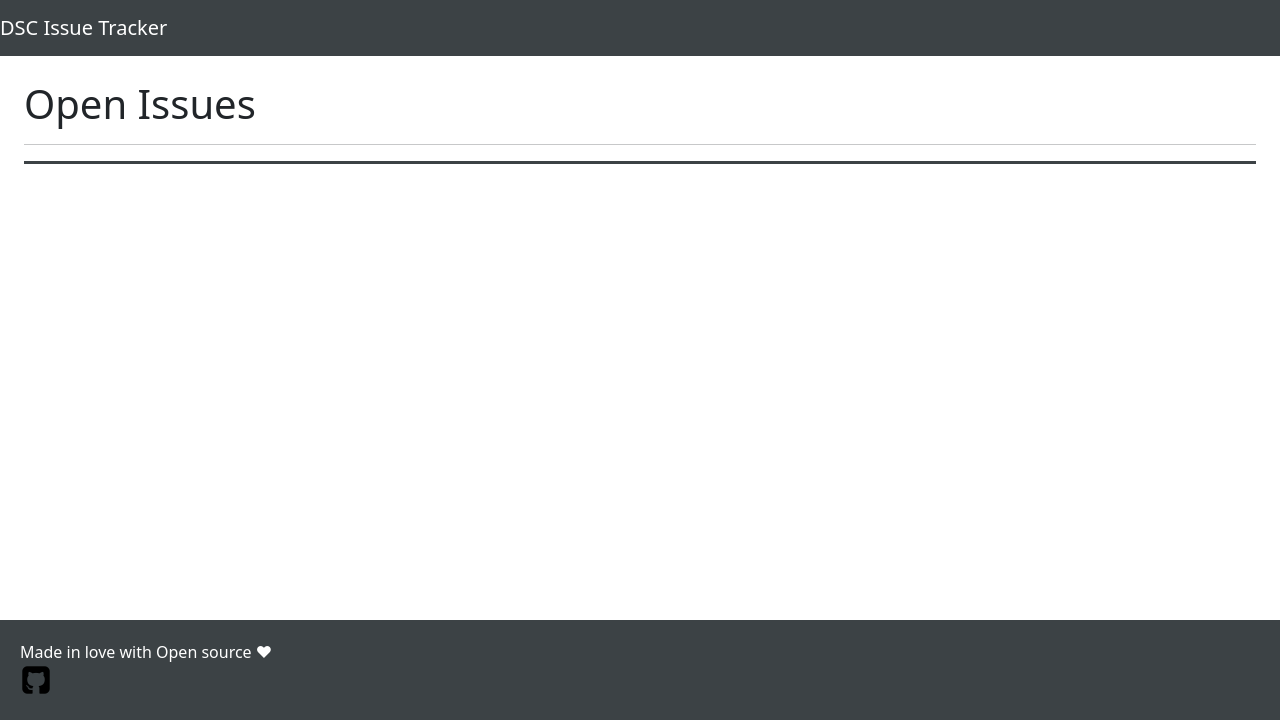
Repository: Tsardines/issue-tracker
Page: index.html
The author's editor kept a copy of each file at every save. The page is drawn from the files as they stood at one save, then again after the next save.
The browser window is 1280 px wide. The pictures show the whole page.
Some web libraries are served in a nearby version.

Above is the page before, as saved 2019-10-06 21:52:26.
Console error: SyntaxError: Cannot use import statement outside a module

After the next save:
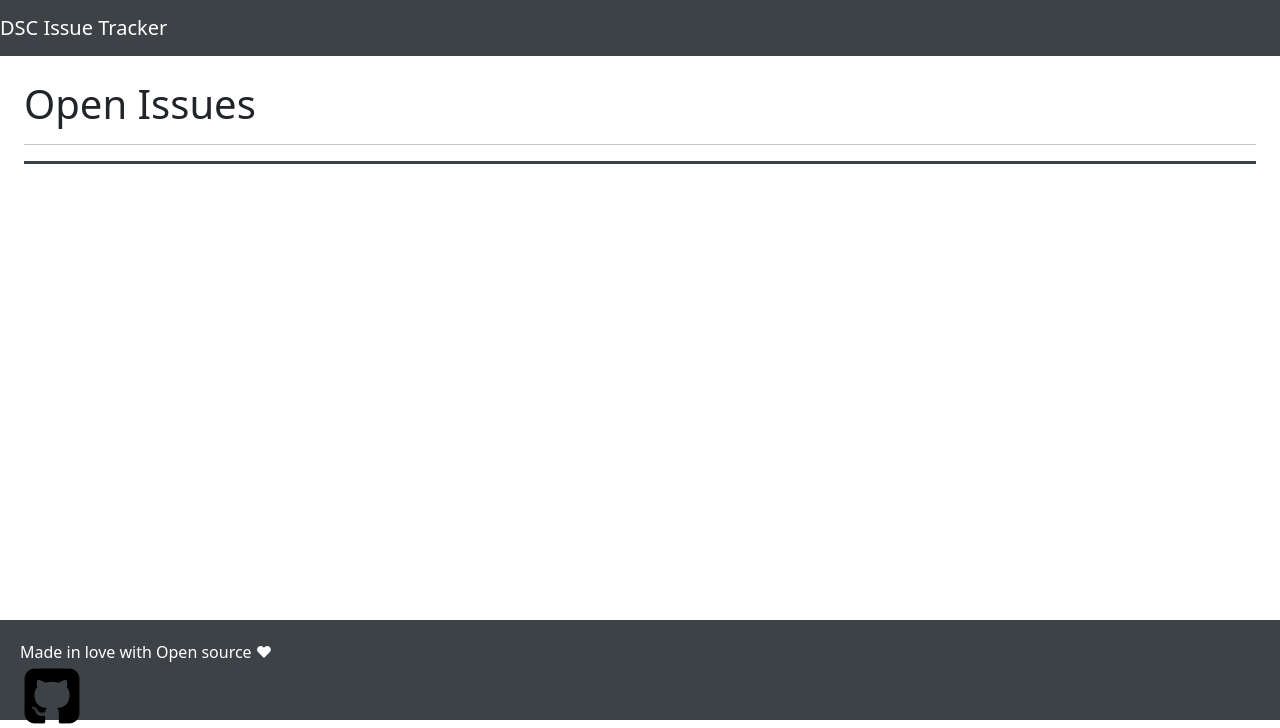
Saved 87 s later.
--- a/css/index.css
+++ b/css/index.css
@@ -44,5 +44,5 @@
 }
 
 .footer-links_github {
-    width: 2rem;
+    width: 4rem;
 }
